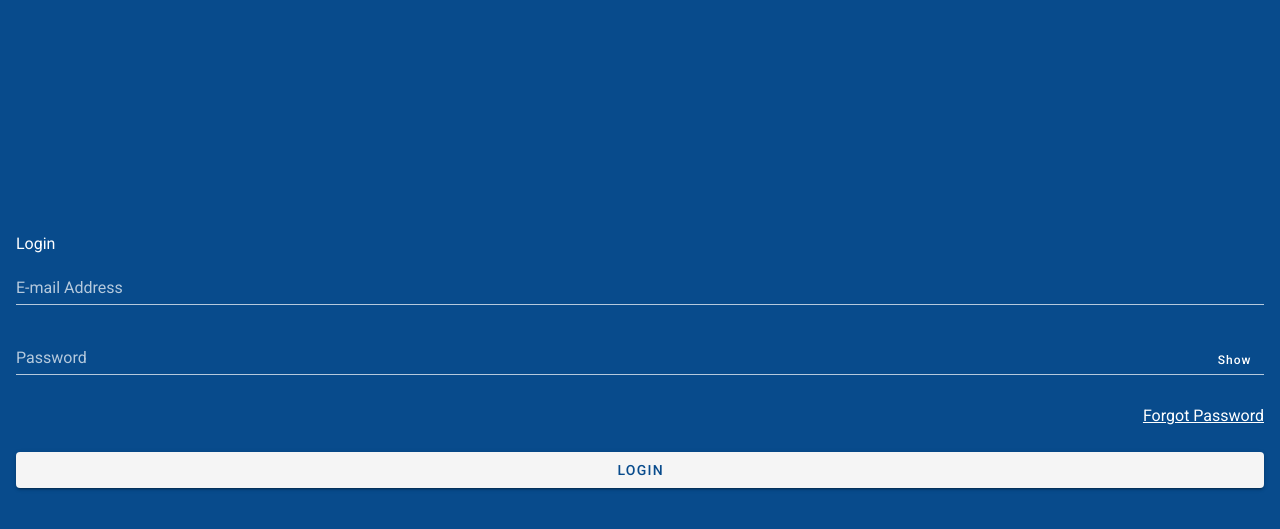
Repository: Grace229/Login
Page: /
An editor plug-in stored every save of this project. The page is shown before and after the next save, followed by the edit.
The browser window is 1280 px wide. The pictures show the whole page.
The project was rebuilt for these pictures with package versions that can differ from the ones it lists, and the page was loaded fresh each time. Also part of the build but not shown: vue.config.js. Imported but missing from the stored project, and not drawn on this page: src/views/About.vue.

Above is the page before, as saved 2021-02-12 13:21:26.

### src/App.vue
<template>
  <v-app>
    <v-main><router-view></router-view> </v-main>
  </v-app>
</template>

<script>
export default {
  name: "App",

  components: {},

  data: () => ({
    //
  }),
};
</script>

### src/plugins/vuetify.js
import Vue from "vue";
import Vuetify from "vuetify/lib/framework";

Vue.use(Vuetify);

export default new Vuetify({
  theme: {
    options: {
      customProperties: true
    },
    themes: {
      light: {
        primary: "#084b8c",
        secondary: "#424242",
        accent: "#82B1FF",
        error: "#FF5252",
        info: "#2196F3",
        success: "#4CAF50",
        warning: "#FFC107"
      }
    }
  }
});

### src/views/Home.vue
<template>
  <main
    style="min-height:100vh width: 50%"
    class="primary fill-height white--text d-flex flex-column justify-center pa-4 mx-auto"
  >
    <div>
      <header>
        <div>
          Login
        </div>
      </header>

      <section class="" style="">
        <div>
          <v-text-field
            dark
            label="E-mail Address"
            v-model="FORM.email"
            :rules="[rules.required, rules.email]"
          />
        </div>
        <div>
          <v-text-field
            dark
            :rules="[rules.required]"
            label="Password"
            :type="showPassword ? 'text' : 'password'"
          >
            <v-btn
              text
              small
              slot="append"
              @click="showPassword = !showPassword"
              class="transparent text-capitalize"
              >{{ showPassword ? "hide" : "show" }}</v-btn
            >
          </v-text-field>

          <div class="text-right py-2">
            <router-link to="/#" class="white--text"
              >Forgot Password</router-link
            >
          </div>

          <div class="pt-4">
            <v-btn block class="primary--text">Login</v-btn>
          </div>
        </div>
      </section>
    </div>
  </main>
</template>

<script>
export default {
  data() {
    return {
      FORM: {},
      showPassword: false,
      rules: {
        required: (value) => !!value || "Required.",
        counter: (value) => value.length <= 20 || "Max 20 characters",
        email: (value) => {
          const pattern = /^(([^<>()[\]\\.,;:\s@"]+(\.[^<>()[\]\\.,;:\s@"]+)*)|(".+"))@((\[[0-9]{1,3}\.[0-9]{1,3}\.[0-9]{1,3}\.[0-9]{1,3}])|(([a-zA-Z\-0-9]+\.)+[a-zA-Z]{2,}))$/;
          return pattern.test(value) || "Invalid e-mail.";
        },
      },
    };
  },
};
</script>

Loaded but not shown: public/index.html (common file); src/main.js (common file); src/router/index.js (common file); src/store/index.js (common file)

After the next save:
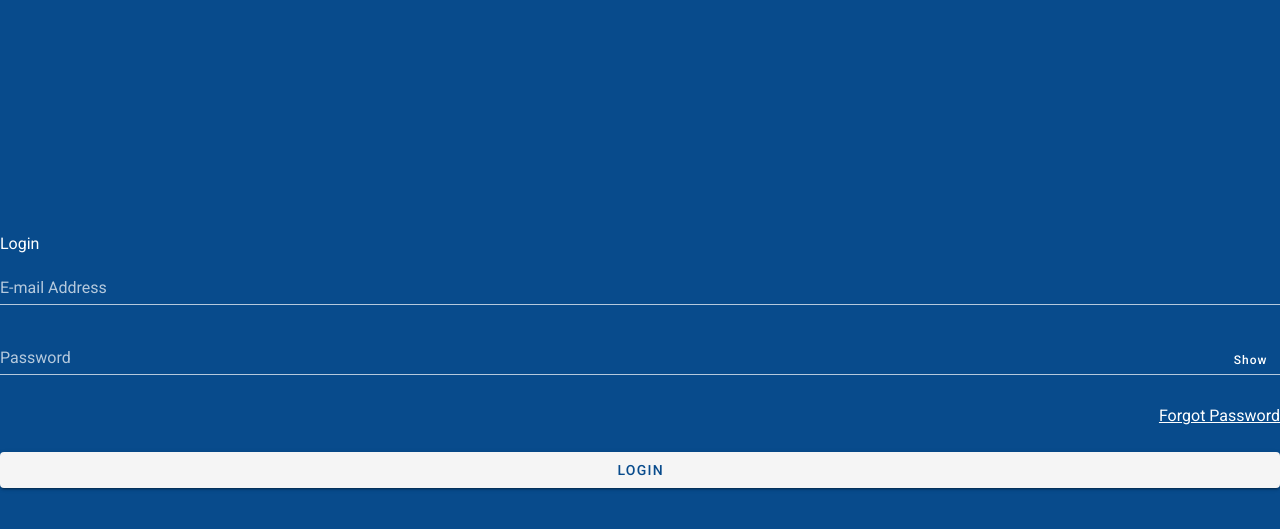
Saved 88 s later.
--- a/src/views/Home.vue
+++ b/src/views/Home.vue
@@ -1,7 +1,7 @@
 <template>
   <main
     style="min-height:100vh width: 50%"
-    class="primary fill-height white--text d-flex flex-column justify-center pa-4 mx-auto"
+    class="primary fill-height white--text d-flex flex-column justify-center mx-auto"
   >
     <div>
       <header>
